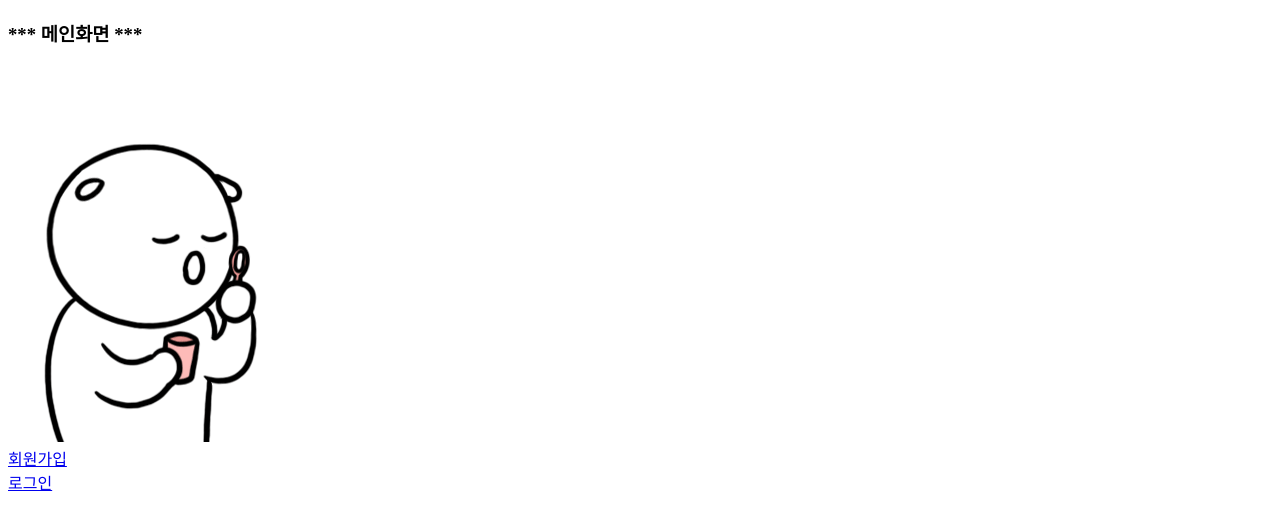
Repository: dahye1013/java-basic-learning
Page: http://localhost/memberJSP/main/index.jsp
The author's editor kept a copy of each file at every save. The page is drawn from the files as they stood at one save, then again after the next save.
The browser window is 1280 px wide. The pictures show the whole page.
The page is served by Tomcat 9. Other server files are loaded and not shown.

Above is the page before, as saved 2020-06-10 03:17:34.

### memberJSP/WebContent/main/index.jsp
<%@ page language="java" contentType="text/html; charset=UTF-8"
    pageEncoding="UTF-8"%>
<!DOCTYPE html>
<html>
<head>
<meta charset="EUC-KR">
<title>Insert title here</title>
</head>
<body>
<h3>*** 메인화면 ***</h3>
<br>
<% if(session.getAttribute("memName")==null){%>
<img src="../image/mm.gif"><br>
<a href="http://localhost:8080/memberJSP/member/writeForm.jsp">회원가입</a><br>
<a href="../member/loginForm.jsp">로그인</a><br>
<% }else{%>
<img src="../image/ff.gif"><br>
<a href="../member/modifyForm.jsp">회원정보 수정</a><br>
<a href="../member/logout.jsp">로그아웃</a><br>
<a href="../board/boardWriteForm.jsp">글쓰기</a><br>
<a href="">목록</a><br>
<% }%>


</body>
</html>

After the next save:
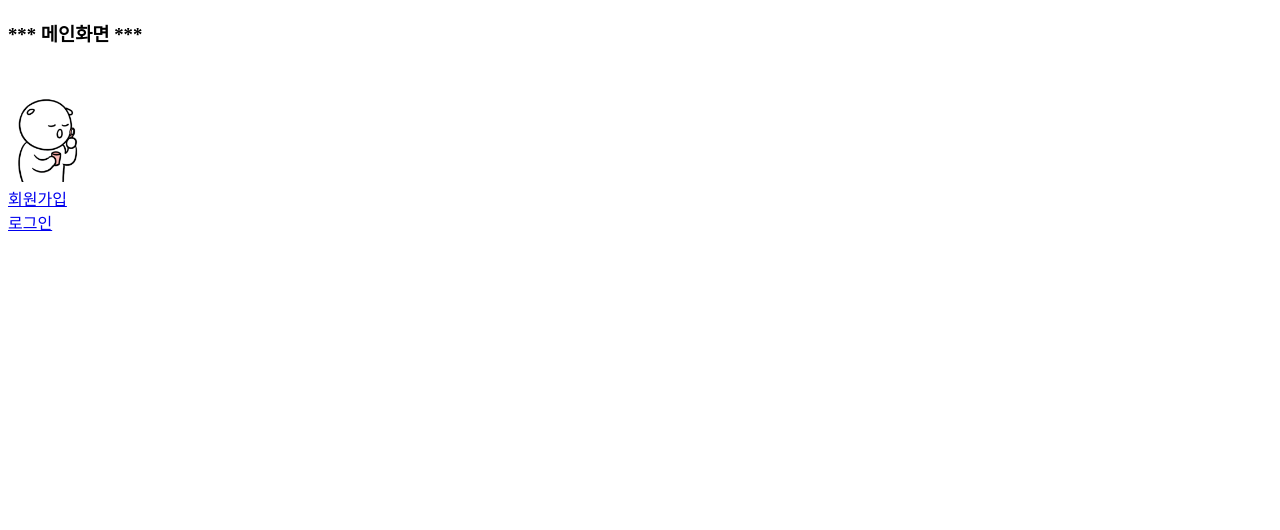
Saved 22 s later.
--- a/memberJSP/WebContent/main/index.jsp
+++ b/memberJSP/WebContent/main/index.jsp
@@ -10,7 +10,7 @@
 <h3>*** 메인화면 ***</h3>
 <br>
 <% if(session.getAttribute("memName")==null){%>
-<img src="../image/mm.gif"><br>
+<img src="../image/mm.gif" width=100><br>
 <a href="http://localhost:8080/memberJSP/member/writeForm.jsp">회원가입</a><br>
 <a href="../member/loginForm.jsp">로그인</a><br>
 <% }else{%>
